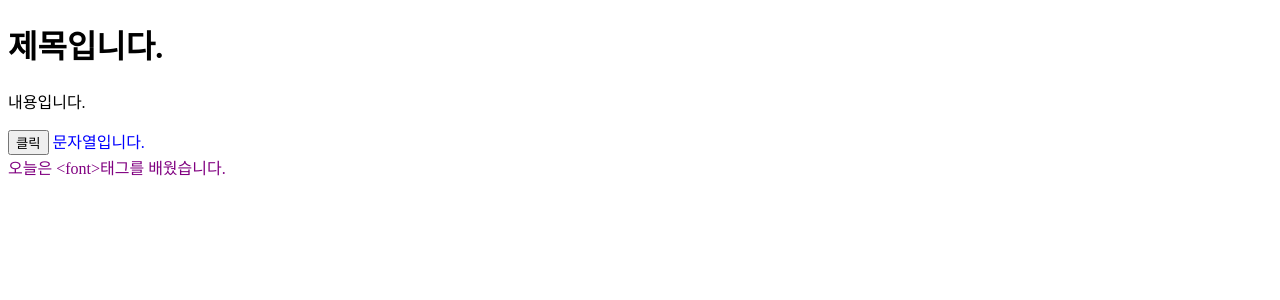
Repository: Hswwwww/WEB
Page: ClientTest/src/main/webapp/html/ex03_basic.html
The author's editor kept a copy of each file at every save. The page is drawn from the files as they stood at one save, then again after the next save.
The browser window is 1280 px wide. The pictures show the whole page.

Above is the page before, as saved 2024-03-12 06:40:28.

After the next save:
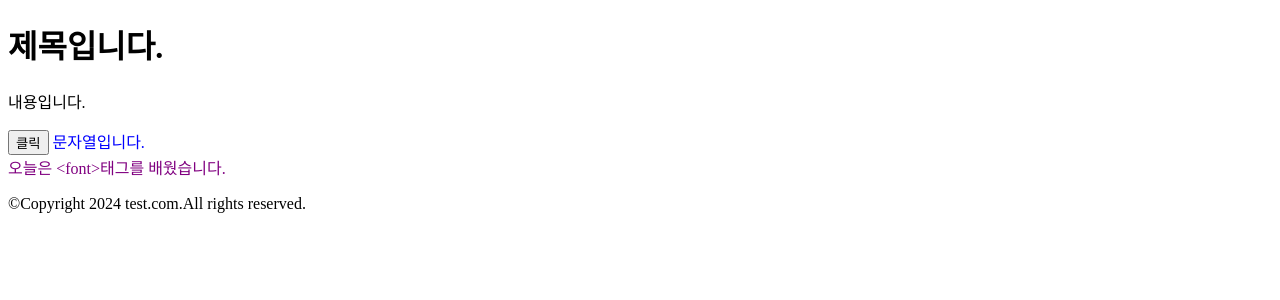
Saved 61 s later.
--- a/ClientTest/src/main/webapp/html/ex03_basic.html
+++ b/ClientTest/src/main/webapp/html/ex03_basic.html
@@ -91,5 +91,7 @@
 	<!-- font 태그안에 color 라는 속성이 있다. > 속성은 태그를 자체를 건드리면서 꾸민다. -->
 
 	<font color = "purple"> 오늘은 &lt;font&gt;태그를 배웠습니다.</font>
+	<p>&copy;Copyright 2024 test.com.All rights reserved.</p>
+
 </body>
 </html>
